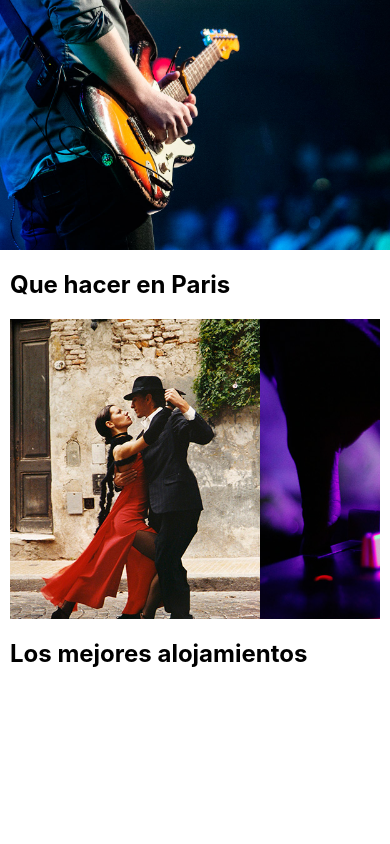
Repository: AleMicky/layout
Screen: /
These files come from the project's save history. The screen is drawn as it stood at one moment and after the next save; the edit follows.
The app was drawn by React Native's web renderer in a window 390 px wide. The project was rebuilt for these pictures with package versions that can differ from the ones it lists, and the page was loaded fresh each time.

Above is the screen before, as saved 2020-06-27 16:37:38.

### App.js
import React from 'react';
import { StyleSheet, View, Image, Text, ScrollView } from 'react-native';


const App = () => {
  return (
    <>
        <View style={{flexDirection:'row'}}>
            <Image  style={styles.banner}
                    source={require('./assets/img/bg.jpg')} />
        </View>
        <View style={styles.contenedor}>
            <Text style={styles.titulo}>Que hacer en Paris</Text>
            <ScrollView
              horizontal
            >
                <View>
                  <Image  style={styles.ciudad}
                          source={require('./assets/img/actividad1.jpg')} />
                </View>
                <View>
                  <Image  style={styles.ciudad}
                          source={require('./assets/img/actividad2.jpg')} />
                </View>
                <View>
                  <Image  style={styles.ciudad}
                          source={require('./assets/img/actividad3.jpg')} />
                </View>
                <View>
                  <Image  style={styles.ciudad}
                          source={require('./assets/img/actividad4.jpg')} />
                </View>
                <View>
                  <Image  style={styles.ciudad}
                          source={require('./assets/img/actividad5.jpg')} />
                </View>
            </ScrollView>
            <Text style={styles.titulo}>Los mejores alojamientos</Text>

        </View>
    </>
  );
};

const styles = StyleSheet.create({
  banner:{
    height:250,
    flex:1
  },
  titulo:{
    fontWeight:'bold',
    fontSize:24,
    marginVertical:20
  },
  contenedor:{
    marginHorizontal: 10
  },
  ciudad:{
    width:250,
    height:300
  }
});

export default App;

After the next save:
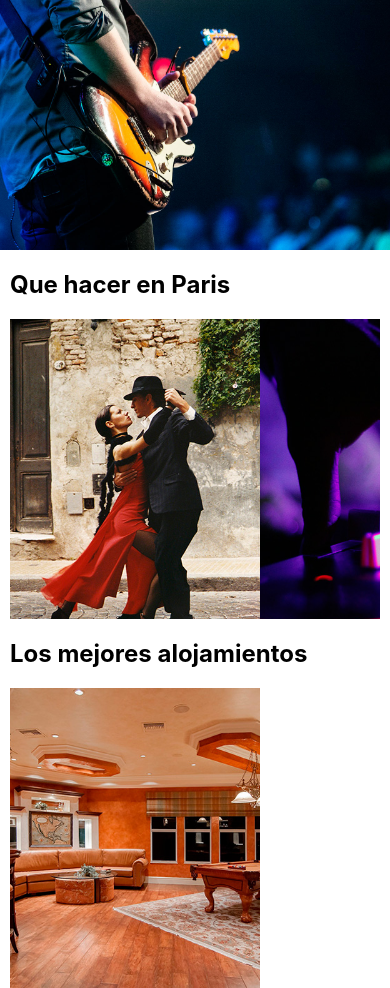
Saved 6 min 44 s later.
--- a/App.js
+++ b/App.js
@@ -36,7 +36,12 @@ const App = () => {
                 </View>
             </ScrollView>
             <Text style={styles.titulo}>Los mejores alojamientos</Text>
-
+            <View>
+                   <View>
+                      <Image  style={styles.ciudad}
+                               source={require('./assets/img/hospedaje1.jpg')} />
+                    </View>
+            </View>
         </View>
     </>
   );
